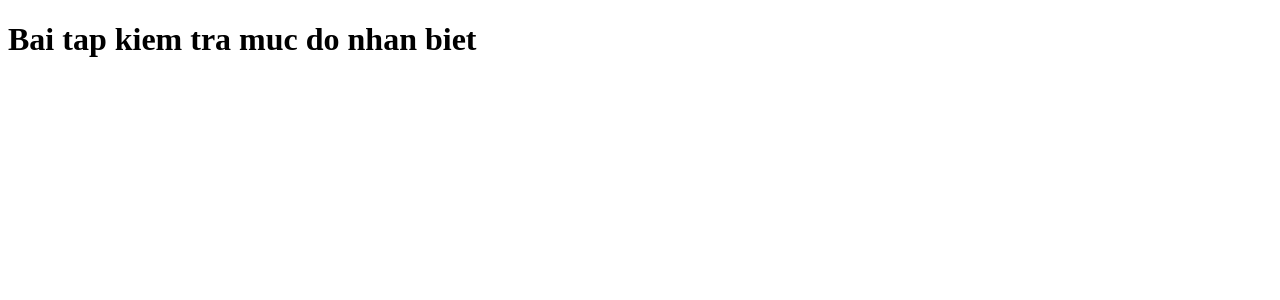
Repository: bachphamudu/my-tech-docs
Page: index.html
These files come from the project's save history. The page is drawn as it stood at one moment and after a run of saves; the edit follows.
The browser window is 1280 px wide. The pictures show the whole page.

Above is the page before, as saved 2026-10-17 09:09:19.

### index.html
<!DOCTYPE html>
<html lang="vi">
<head>
    <meta charset="UTF-8">
    <meta name="viewport" content="width=device-width, initial-scale=1.0">
    <title>Bai tap</title>
</head>
<body>
    <h1>Bai tap kiem tra muc do nhan biet</h1>
</body>
</html>

After the next 3 saves:
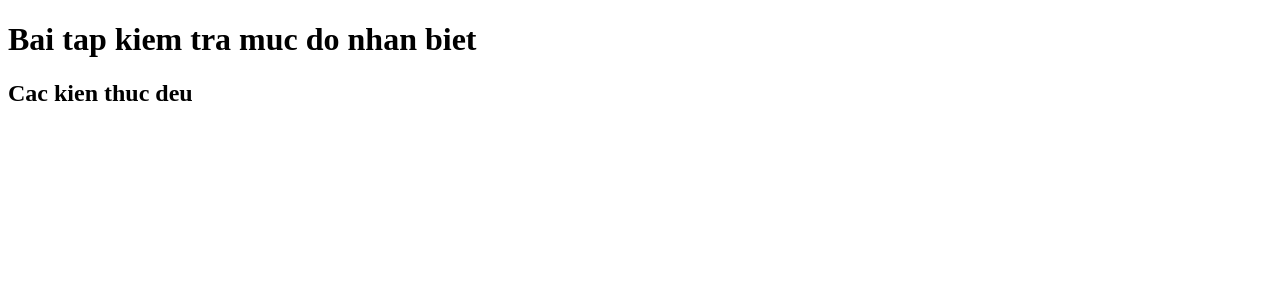
The 3 saves are shown as one change because they came seconds apart.
The last was saved 9 s later.
--- a/index.html
+++ b/index.html
@@ -7,5 +7,6 @@
 </head>
 <body>
     <h1>Bai tap kiem tra muc do nhan biet</h1>
+    <h2>Cac kien thuc deu</h2>
 </body>
 </html>
